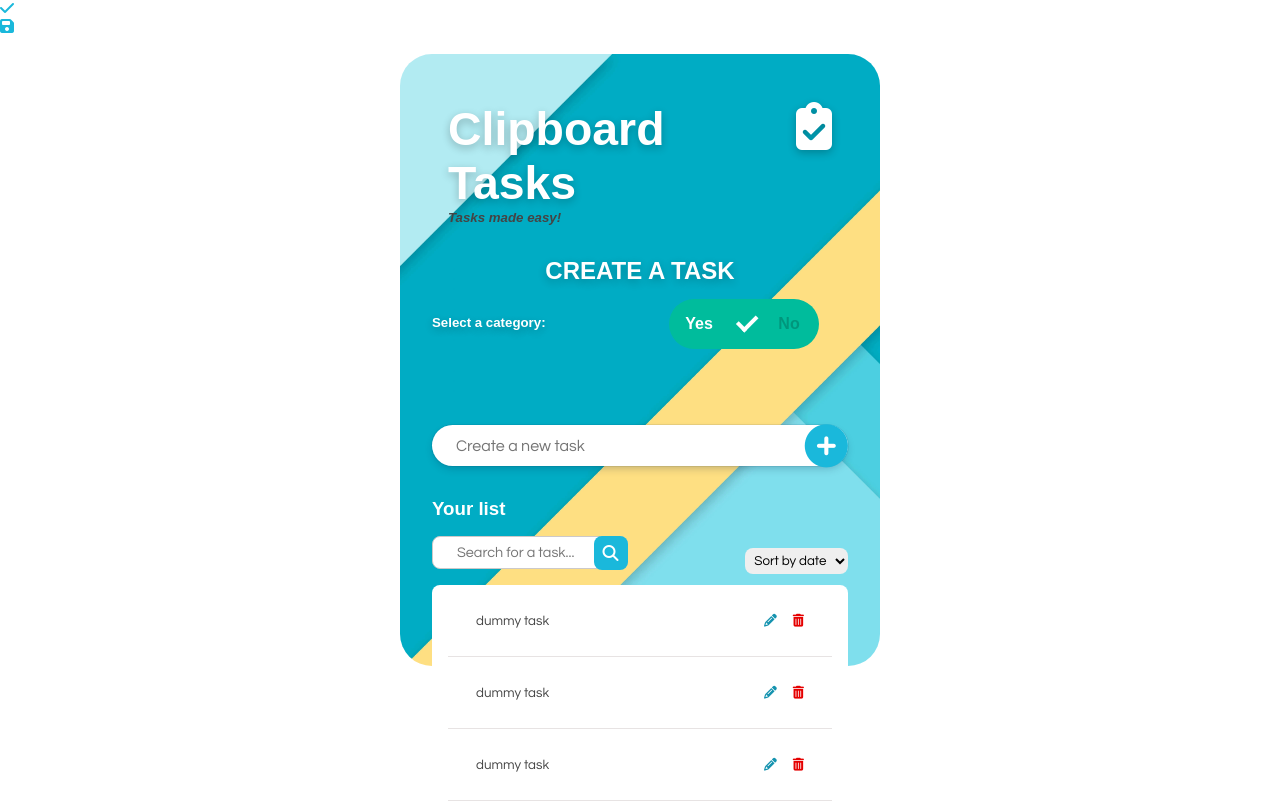
Repository: WesleyErasmus/Todo-App
Page: todoApp.html
An editor plug-in stored every save of this project. The page is shown before and after the next save, followed by the edit.
The browser window is 1280 px wide. The pictures show the whole page.
Some web fonts or font styles are not loaded; a fallback is used. Some web libraries are served in a nearby version.

Above is the page before, as saved 2022-06-12 17:02:43.

After the next save:
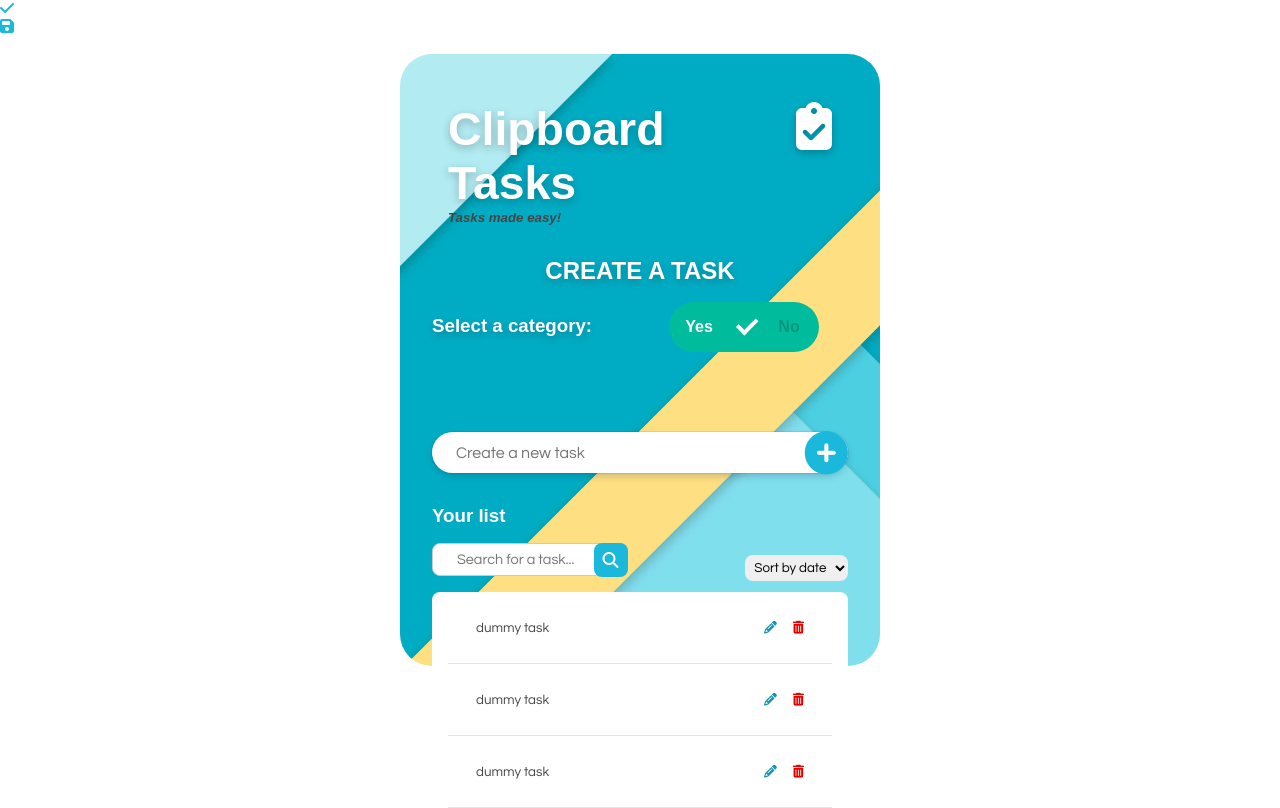
Saved 11 s later.
--- a/todoApp.html
+++ b/todoApp.html
@@ -28,7 +28,7 @@
         <form id="todo-list-form">
            <div class="test">
 
-            <h5 class="category-heading">Select a category:</h5>
+            <h3 class="category-heading">Select a category:</h3>
 
             <div class="toggle-radio">
                 <input type="radio" name="rdo" id="yes" checked>

After the save that followed:
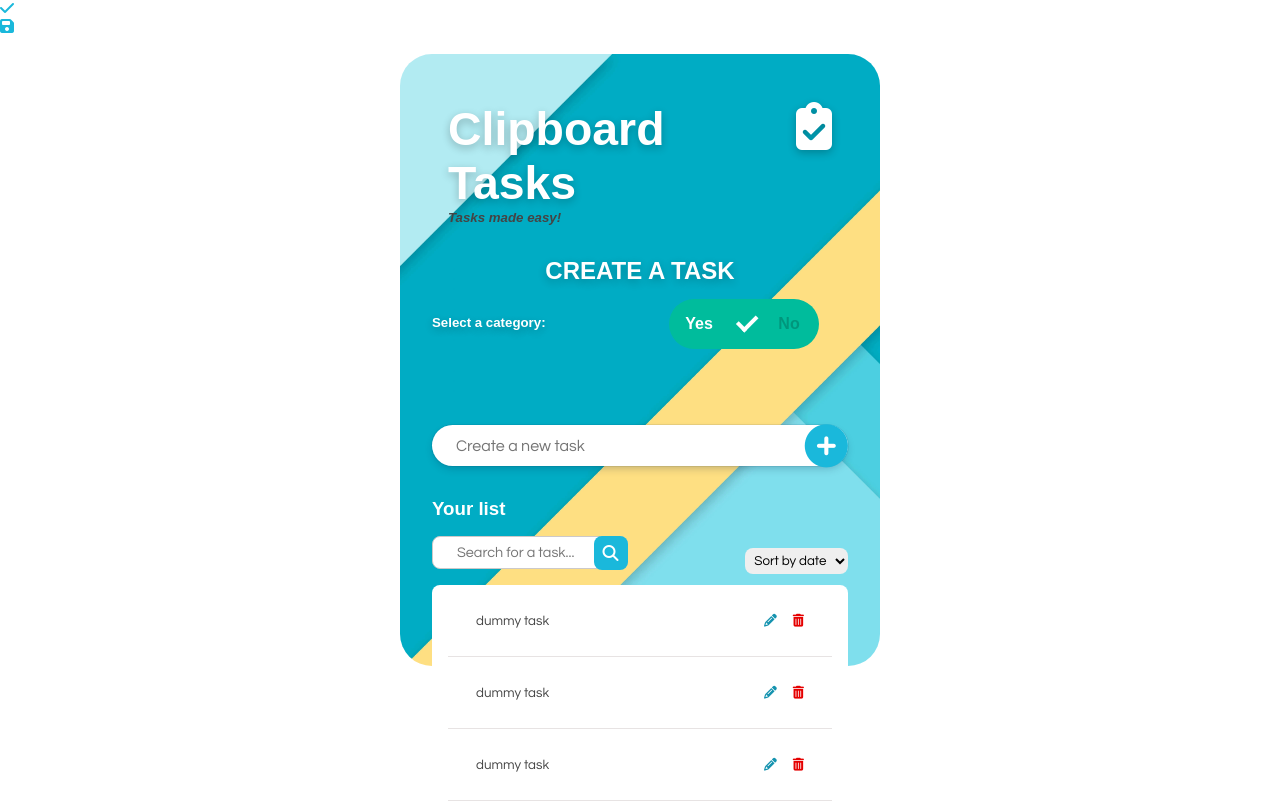
Saved 6 s later.
--- a/todoApp.html
+++ b/todoApp.html
@@ -28,7 +28,7 @@
         <form id="todo-list-form">
            <div class="test">
 
-            <h3 class="category-heading">Select a category:</h3>
+            <h5 class="category-heading">Select a category:</h5>
 
             <div class="toggle-radio">
                 <input type="radio" name="rdo" id="yes" checked>
